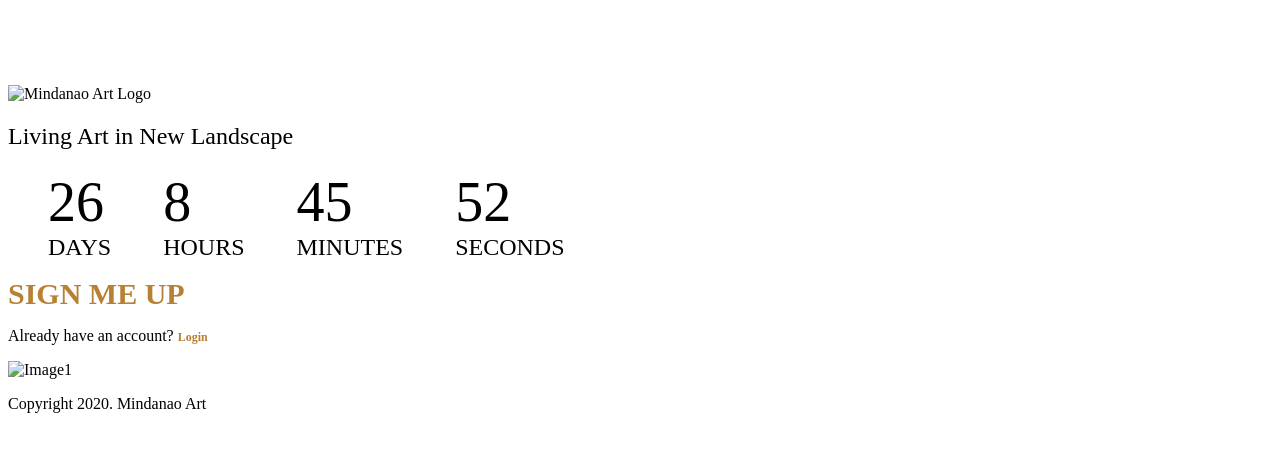
Repository: KleKlai/project-exodus
Page: http://localhost/
An editor plug-in stored every save of this project. The page is shown before and after the next save, followed by the edit.
The browser window is 1280 px wide. The pictures show the whole page.
The page is served by the project's Laravel application, run on PHP 8.4 with Laravel 8. Other server files are loaded and not shown.

Above is the page before, as saved 2020-09-28 19:50:49.

### app/Model/Art.php
<?php

namespace App\Model;

use Spatie\Activitylog\Traits\LogsActivity;
use Illuminate\Database\Eloquent\SoftDeletes;
use Illuminate\Database\Eloquent\Model;
use Webpatser\Uuid\Uuid;
use Auth;


class Art extends Model
{
    use SoftDeletes, LogsActivity;

    protected $guarded = [
        'uuid', 'id', 'created_at', 'updated_at'
    ];

    /**
     * For Activity Log settings
     *
     */
    protected static $logName = 'Art';
    protected static $logUnguarded = true;
    protected static $submitEmptyLogs = false;
    protected static $recordEvents = ['created', 'updated', 'deleted'];

    public function getDescriptionForEvent(string $eventName): string
    {
        return Auth::user()->name . " {$eventName} art successfully";
    }


    public static function boot()
    {
        parent::boot();
        self::creating(function ($model) {
            $model->uuid = (string) Uuid::generate(4);
        });
    }

    /**
     * Get the route key for the model.
     *
     * @return string
     */
    public function getRouteKeyName()
    {
        return 'uuid';
    }

    protected $casts = [
        'tag' => 'array'
    ];

    public function user()
    {
        return $this->belongsTo('App\User');
    }

    public function watch()
    {
        return $this->hasMany('App\Model\Art\Watch');
    }
}

### app/Model/Art/Category.php
<?php

namespace App\Model\Art;

use Illuminate\Database\Eloquent\Model;
use Spatie\Activitylog\Traits\LogsActivity;

class Category extends Model
{
    use LogsActivity;

    protected $fillable = ['name', 'description'];

    /**
     * For Activity Log settings
     *
     */
    protected static $logName = 'System';
    protected static $logUnguarded = true;
    protected static $submitEmptyLogs = false;
    protected static $recordEvents = ['created', 'updated', 'deleted'];

    public function getDescriptionForEvent(string $eventName): string
    {
        return "Art category component {$eventName} successfully";
    }
}

### app/Model/Art/Material.php
<?php

namespace App\Model\Art;

use Illuminate\Database\Eloquent\Model;
use Spatie\Activitylog\Traits\LogsActivity;

class Material extends Model
{
    use LogsActivity;

    protected $fillable = ['name', 'description'];

    /**
     * For Activity Log settings
     *
     */
    protected static $logName = 'System';
    protected static $submitEmptyLogs = false;
    protected static $recordEvents = ['created', 'deleted'];

    public function getDescriptionForEvent(string $eventName): string
    {
        return "Art material component {$eventName} successfully";
    }
}

### app/Model/Art/Medium.php
<?php

namespace App\Model\Art;

use Illuminate\Database\Eloquent\Model;
use Spatie\Activitylog\Traits\LogsActivity;

class Medium extends Model
{
    use LogsActivity;

    protected $fillable = ['name', 'description'];

    /**
     * For Activity Log settings
     *
     */
    protected static $logName = 'System';
    protected static $submitEmptyLogs = false;
    protected static $recordEvents = ['created', 'deleted'];

    public function getDescriptionForEvent(string $eventName): string
    {
        return "Art medium component {$eventName} successfully";
    }
}

### app/Observers/Art/MediumObserver.php
<?php

namespace App\Observers\Art;

use App\Model\Art\Medium;
use Auth;

class MediumObserver
{
    /**
     * Handle the medium "created" event.
     *
     * @param  \App\Model\Art\Medium  $medium
     * @return void
     */
    public function created(Medium $medium)
    {
        activity('Art Component')
            ->causedBy(Auth::user()->id)
            ->withProperties(['name' => $medium->name])
            ->log('Art medium component created successfully.');
    }

    /**
     * Handle the medium "updated" event.
     *
     * @param  \App\Model\Art\Medium  $medium
     * @return void
     */
    public function updated(Medium $medium)
    {
        //
    }

    /**
     * Handle the medium "deleted" event.
     *
     * @param  \App\Model\Art\Medium  $medium
     * @return void
     */
    public function deleted(Medium $medium)
    {
        activity('Art Component')
            ->causedBy(Auth::user()->id)
            ->withProperties(['name' => $medium->name])
            ->log('Art medium component deleted successfully.');
    }

    /**
     * Handle the medium "restored" event.
     *
     * @param  \App\Model\Art\Medium  $medium
     * @return void
     */
    public function restored(Medium $medium)
    {
        //
    }

    /**
     * Handle the medium "force deleted" event.
     *
     * @param  \App\Model\Art\Medium  $medium
     * @return void
     */
    public function forceDeleted(Medium $medium)
    {
        //
    }
}

### app/Model/Art/Size.php
<?php

namespace App\Model\Art;

use Illuminate\Database\Eloquent\Model;
use Spatie\Activitylog\Traits\LogsActivity;

class Size extends Model
{
    use LogsActivity;

    protected $fillable = ['name', 'description'];

    /**
     * For Activity Log settings
     *
     */
    protected static $logName = 'System';
    protected static $submitEmptyLogs = false;
    protected static $recordEvents = ['created', 'deleted'];

    public function getDescriptionForEvent(string $eventName): string
    {
        return "Art size component {$eventName} successfully";
    }
}

### app/Observers/Art/SizeObserver.php
<?php

namespace App\Observers\Art;

use App\Model\Art\Size;
use Auth;

class SizeObserver
{
    /**
     * Handle the size "created" event.
     *
     * @param  \App\Model\Art\Size  $size
     * @return void
     */
    public function created(Size $size)
    {
        activity('Art Component')
            ->causedBy(Auth::user()->id)
            ->withProperties(['name' => $size->name])
            ->log('Art size component created successfully.');
    }

    /**
     * Handle the size "updated" event.
     *
     * @param  \App\Model\Art\Size  $size
     * @return void
     */
    public function updated(Size $size)
    {
        //
    }

    /**
     * Handle the size "deleted" event.
     *
     * @param  \App\Model\Art\Size  $size
     * @return void
     */
    public function deleted(Size $size)
    {
        activity('Art Component')
            ->causedBy(Auth::user()->id)
            ->withProperties(['name' => $size->name])
            ->log('Art size component deleted successfully.');
    }

    /**
     * Handle the size "restored" event.
     *
     * @param  \App\Model\Art\Size  $size
     * @return void
     */
    public function restored(Size $size)
    {
        //
    }

    /**
     * Handle the size "force deleted" event.
     *
     * @param  \App\Model\Art\Size  $size
     * @return void
     */
    public function forceDeleted(Size $size)
    {
        //
    }
}

### app/Model/Art/Style.php
<?php

namespace App\Model\Art;

use Illuminate\Database\Eloquent\Model;
use Spatie\Activitylog\Traits\LogsActivity;

class Style extends Model
{
    use LogsActivity;

    protected $fillable = ['name', 'description'];

    /**
     * For Activity Log settings
     *
     */
    protected static $logName = 'System';
    protected static $submitEmptyLogs = false;
    protected static $recordEvents = ['created', 'deleted'];

    public function getDescriptionForEvent(string $eventName): string
    {
        return "Art style component {$eventName} successfully";
    }
}

### app/Observers/Art/StyleObserver.php
<?php

namespace App\Observers\Art;

use App\Model\Art\Style;
use Auth;

class StyleObserver
{
    /**
     * Handle the style "created" event.
     *
     * @param  \App\Model\Art\Style  $style
     * @return void
     */
    public function created(Style $style)
    {
        activity('Art Component')
            ->causedBy(Auth::user()->id)
            ->withProperties(['name' => $style->name])
            ->log('Art style component created successfully.');
    }

    /**
     * Handle the style "updated" event.
     *
     * @param  \App\Model\Art\Style  $style
     * @return void
     */
    public function updated(Style $style)
    {
        //
    }

    /**
     * Handle the style "deleted" event.
     *
     * @param  \App\Model\Art\Style  $style
     * @return void
     */
    public function deleted(Style $style)
    {
        activity('Art Component')
            ->causedBy(Auth::user()->id)
            ->withProperties(['name' => $style->name])
            ->log('Art style component deleted successfully.');
    }

    /**
     * Handle the style "restored" event.
     *
     * @param  \App\Model\Art\Style  $style
     * @return void
     */
    public function restored(Style $style)
    {
        //
    }

    /**
     * Handle the style "force deleted" event.
     *
     * @param  \App\Model\Art\Style  $style
     * @return void
     */
    public function forceDeleted(Style $style)
    {
        //
    }
}

### app/Model/Art/Subject.php
<?php

namespace App\Model\Art;

use Illuminate\Database\Eloquent\Model;
use Spatie\Activitylog\Traits\LogsActivity;

class Subject extends Model
{
    use LogsActivity;

    protected $fillable = ['name', 'description'];

    /**
     * For Activity Log settings
     *
     */
    protected static $logName = 'System';
    protected static $submitEmptyLogs = false;
    protected static $recordEvents = ['created', 'deleted'];

    public function getDescriptionForEvent(string $eventName): string
    {
        return "Art subject component {$eventName} successfully";
    }
}

### app/Model/Support/Ticket.php
<?php

namespace App\Model\Support;

use Spatie\Activitylog\Traits\LogsActivity;
use Illuminate\Database\Eloquent\Model;
use Webpatser\Uuid\Uuid;
use Auth;

class Ticket extends Model
{
    use LogsActivity;

    protected $guarded = [
        'id', 'uuid', 'created_at', 'updated_at'
    ];

    /**
     * For Activity Log settings
     *
     */
    protected static $logName = 'Support Ticket';
    protected static $logUnguarded = true;
    protected static $submitEmptyLogs = false;
    protected static $recordEvents = ['created', 'updated', 'deleted'];

    public static function boot()
    {
        parent::boot();
        self::creating(function ($model) {
            $model->uuid = (string) Uuid::generate(4);
        });
    }

    /**
     * Get the route key for the model.
     *
     * @return string
     */
    public function getRouteKeyName()
    {
        return 'uuid';
    }

    public function user()
    {
        return $this->belongsTo('App\User');
    }
}

### resources/views/welcome.blade.php
<!DOCTYPE html>
<html lang="{{ str_replace('_', '-', app()->getLocale()) }}">
    <head>
        <meta charset="utf-8">
        <meta name="viewport" content="width=device-width, initial-scale=1">

        <title>Laravel</title>

        <!-- Fonts -->
        <link href="https://fonts.googleapis.com/css?family=Nunito:200,600" rel="stylesheet">

        <!-- Styles -->
        <style>
            * {
                font-family: 'Montserrat';
            }

            body {
                background-color: white;
            }

            #pattern {
                margin-top: 17px;
                width: 100%;
                background: url('/images/spattern.png');
                background-repeat: repeat;
                background-size: 34px 27px;
            }

            .picture {
                width: 100%;
            }

            .small {
                margin-top: 50px;
                display: none;
            }

            .wide {
                margin-top: 50px;
            }

            .column{
                color: #b78032;
                font-size: 35px;
            }

            #root {
                display: grid;
                justify-items: center;
                grid-template-columns: 100px 10px 100px 10px 100px 10px 100px;
                grid-template-areas:
                    "day column1 hour column2 minute column3 second"
                    "dayl . hourl . minutel . secondl";
            }

            h1, h2 {
                font-weight: 300 !important;
            }

            .day { grid-area: day; font-size: 50px;}
            .hour { grid-area: hour; font-size: 50px;}
            .minute { grid-area: minute; font-size: 50px;}
            .second { grid-area: second; font-size: 50px;}
            .dayl { grid-area: dayl;}
            .hourl { grid-area: hourl;}
            .minutel { grid-area: minutel;}
            .secondl { grid-area: secondl;}

            .link {
                font-size: 30px;
                text-decoration: none;
                color: #b78032;
                font-weight: bold;
            }

            .link:hover{
                text-decoration: none;
                color: #5e4119;
            }

            li {
                display: inline-block;
                font-size: 1.5em;
                list-style-type: none;
                /* padding: 1em; */
                padding-right: 2em;
                text-transform: uppercase;
            }

            li span {
                display: block;
                font-size: 3.5rem;
            }

            @media all and (max-width: 800px) {
                h1 {
                    font-size: 1.5rem;
                }

                li {
                    font-size: 1.125rem;
                }

                li span {
                    font-size: 3.375rem;
                }
            }

            /* @media (max-width: 992px) {
                #root {
                    display: grid;
                    justify-items: center;
                    grid-template-columns: 30px 10px 30px 10px 30px 10px 30px;
                    grid-template-areas:
                        "day column1 hour column2 minute column3 second"
                        "dayl . hourl . minutel . secondl";
                }

                .day { grid-area: day; font-size: 25px; margin: 0;}
                .hour { grid-area: hour; font-size: 25px; margin: 0;}
                .minute { grid-area: minute; font-size: 25px; margin: 0;}
                .second { grid-area: second; font-size: 25px; margin: 0;}
                .dayl { grid-area: dayl; font-size: 10px; margin: 0;}
                .hourl { grid-area: hourl; font-size: 10px; margin: 0;}
                .minutel { grid-area: minutel; font-size: 10px; margin: 0;}
                .secondl { grid-area: secondl; font-size: 10px; margin: 0;}

                .column{
                    color: #b78032;
                    font-size: 15px;
                    margin: 0;
                }

                .link {
                    font-size: 20px;
                }

                .small {
                    margin-top: 50px;
                    display: block;
                }

                .wide {
                    margin-top: 50px;
                    display: none;
                }

                .footer {
                    margin-top: 50px;
                }
            } */
        </style>
        <!-- <style>
            html, body {
                background-color: #fff;
                color: #636b6f;
                font-family: 'Nunito', sans-serif;
                font-weight: 200;
                height: 100vh;
                margin: 0;
            }

            .full-height {
                height: 100vh;
            }

            .flex-center {
                align-items: center;
                display: flex;
                justify-content: center;
            }

            .position-ref {
                position: relative;
            }

            .top-right {
                position: absolute;
                right: 10px;
                top: 18px;
            }

            .content {
                text-align: center;
            }

            .title {
                font-size: 84px;
            }

            .links > a {
                color: #636b6f;
                padding: 0 25px;
                font-size: 13px;
                font-weight: 600;
                letter-spacing: .1rem;
                text-decoration: none;
                text-transform: uppercase;
            }

            .m-b-md {
                margin-bottom: 30px;
            }
        </style> -->
    </head>
    <body>

        <div class="container">
            <div id="pattern">
                    <img src="/images/spattern.png" alt="">
            </div>

            <!-- big screen -->
            <div class="container wide">
                <div class="row">
                    <div class="col-md">
                        <div class="container">
                            <div class="row row-cols-1">
                                <div class="col">
                                    <img src="/images/logo.png" alt="Mindanao Art Logo">
                                </div>
                                <div class="col-5">
                                    <h2>Living Art in New Landscape</h2>
                                    <ul>
                                        <li><span id="days"></span>days</li>
                                        <li><span id="hours"></span>Hours</li>
                                        <li><span id="minutes"></span>Minutes</li>
                                        <li><span id="seconds"></span>Seconds</li>
                                    </ul>
                                </div>
                                <div class="col">
                                    <a class="link" href="/register">
                                        SIGN ME UP
                                        <font-awesome-icon icon="angle-right" />
                                        <font-awesome-icon icon="angle-right" />
                                        <font-awesome-icon icon="angle-right" />
                                    </a>
                                    <p>Already have an account? <a class="link" style="font-size: 12px;" href="/login">Login</a></p>
                                    <!-- <p>To get up-to-date news</p> -->
                                </div>
                            </div>
                        </div>
                    </div>
                    <div class="col-md">
                        <img class="picture" src="/images/image1.png" alt="Image1">
                    </div>
                </div>
            </div>

            <!-- small screen -->
            <!-- <div class="container small">
                <div class="row">
                    <div class="col-3">
                        <div class="col">
                            <img src="/images/logo.png" alt="Mindanao Art Logo">
                        </div>
                    </div>
                    <div class="col">
                        <div class="container">
                            <div class="row row-cols-1">
                                <div class="col">
                                    <h2>Living Art in New Landscape</h2>
                                    <ul>
                                        <li><span id="days"></span>days</li>
                                        <li><span id="hours"></span>Hours</li>
                                        <li><span id="minutes"></span>Minutes</li>
                                        <li><span id="seconds"></span>Seconds</li>
                                    </ul>
                                </div>
                                <div class="col  py-3">
                                    <a class="link" href="/register">
                                        SIGN ME UP
                                        <font-awesome-icon icon="angle-right" />
                                        <font-awesome-icon icon="angle-right" />
                                        <font-awesome-icon icon="angle-right" />
                                    </a>
                                    <p>Already have an account? <a class="link" style="font-size: 12px;" href="/login">Login</a></p>
                                    <p>To get up-to-date news</p>
                                </div>
                                <div class="col">
                                    <img class="picture" src="/images/image1.png" alt="Image1">
                                </div>
                            </div>
                        </div>
                    </div>
                </div>
            </div> -->

            <div class="container footer">
                <p>Copyright 2020. Mindanao Art</p>
            </div>
        </div>


        <script>
            const second = 1000,
                minute = second * 60,
                hour = minute * 60,
                day = hour * 24;

            let countDown = new Date('Oct 21, 2020 00:00:00').getTime(),
                x = setInterval(function() {

                let now = new Date().getTime(),
                    distance = countDown - now;

                document.getElementById('days').innerText = Math.floor(distance / (day)),
                    document.getElementById('hours').innerText = Math.floor((distance % (day)) / (hour)),
                    document.getElementById('minutes').innerText = Math.floor((distance % (hour)) / (minute)),
                    document.getElementById('seconds').innerText = Math.floor((distance % (minute)) / second);

                //do something later when date is reached
                //if (distance < 0) {
                //  clearInterval(x);
                //  'IT'S MY BIRTHDAY!;
                //}

                }, second)
        </script>






        <!-- <div class="flex-center position-ref full-height">
            @if (Route::has('login'))
                <div class="top-right links">
                    @auth
                        <a href="{{ url('/home') }}">Home</a>
                    @else
                        <a href="{{ route('login') }}">Login</a>

                        @if (Route::has('register'))
                            <a href="{{ route('register') }}">Register</a>
                        @endif
                    @endauth
                </div>
            @endif

            <div class="content">
                <div class="title m-b-md">
                    Laravel
                </div>

                <div class="links">
                    <a href="https://laravel.com/docs">Docs</a>
                    <a href="https://laracasts.com">Laracasts</a>
                    <a href="https://laravel-news.com">News</a>
                    <a href="https://blog.laravel.com">Blog</a>
                    <a href="https://nova.laravel.com">Nova</a>
                    <a href="https://forge.laravel.com">Forge</a>
                    <a href="https://vapor.laravel.com">Vapor</a>
                    <a href="https://github.com/laravel/laravel">GitHub</a>
                </div>
            </div>
        </div> -->
    </body>
</html>

Loaded but not shown: app/Http/Controllers/Auth/LoginController.php (common file); app/Http/Controllers/Controller.php (common file); app/Http/Controllers/Auth/ConfirmPasswordController.php (common file); routes/web.php (101 lines, source omitted); app/Observers/ArtObserver.php (91 lines, source omitted); app/Observers/TicketObserver.php (77 lines, source omitted); app/Observers/Art/CategoryObserver.php (70 lines, source omitted); app/Observers/Art/MaterialObserver.php (70 lines, source omitted); app/Observers/Art/SubjectObserver.php (71 lines, source omitted)

After the next save:
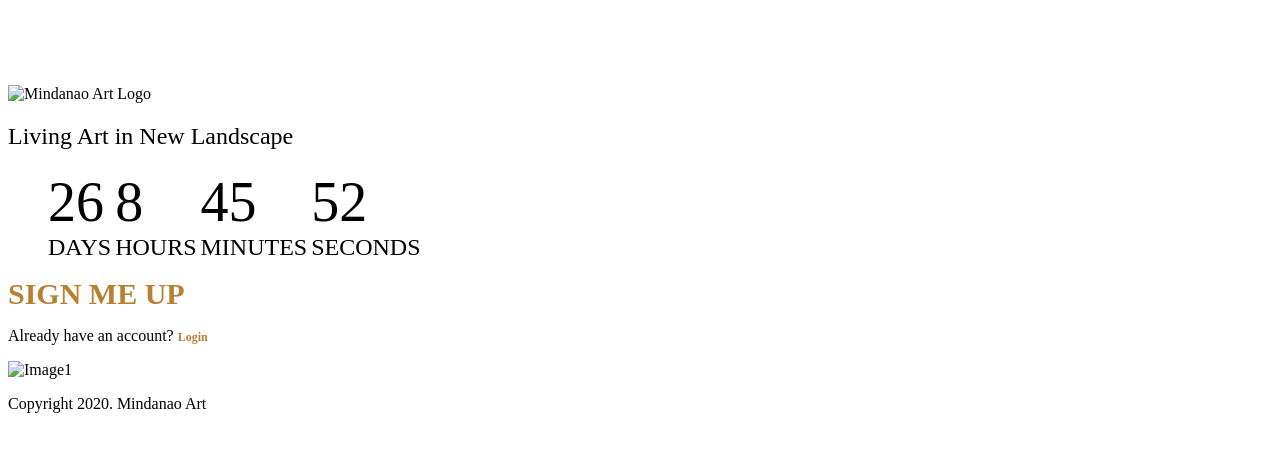
Saved 36 s later.
--- a/resources/views/welcome.blade.php
+++ b/resources/views/welcome.blade.php
@@ -82,8 +82,7 @@
             li {
                 display: inline-block;
                 font-size: 1.5em;
-                list-style-type: none;
-                /* padding: 1em; */
+                list-style-type: none;s
                 padding-right: 2em;
                 text-transform: uppercase;
             }

After the save that followed:
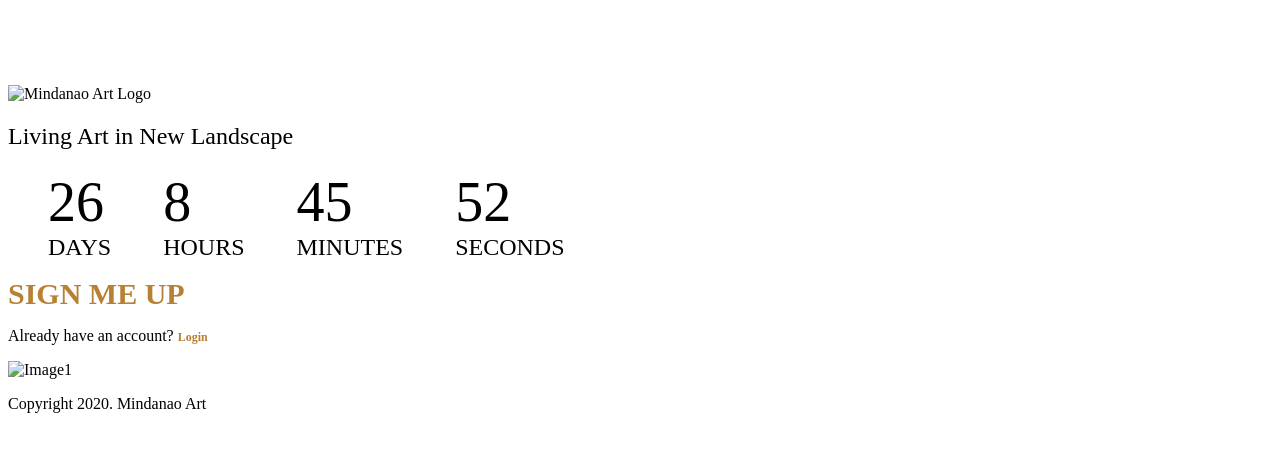
Saved 11 s later.
--- a/resources/views/welcome.blade.php
+++ b/resources/views/welcome.blade.php
@@ -82,7 +82,7 @@
             li {
                 display: inline-block;
                 font-size: 1.5em;
-                list-style-type: none;s
+                list-style-type: none;
                 padding-right: 2em;
                 text-transform: uppercase;
             }
